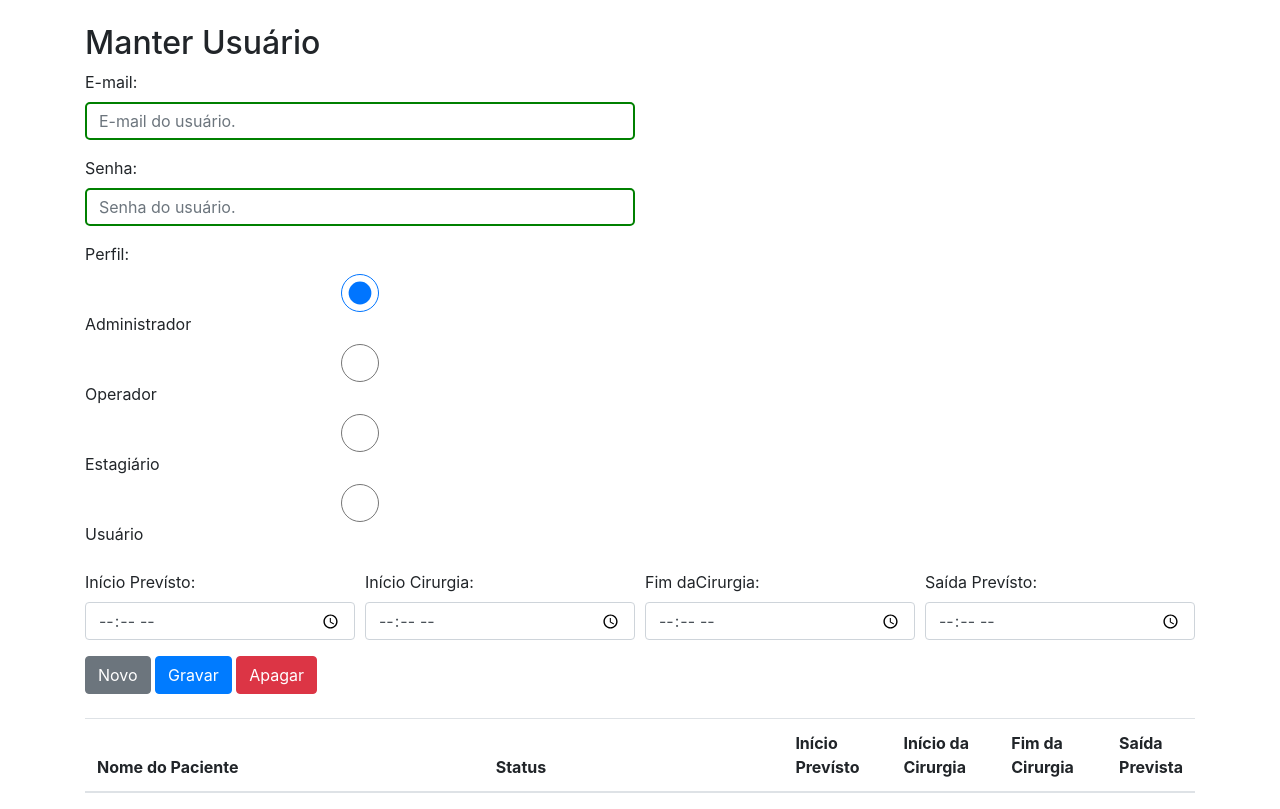
Repository: eduardo-r-jesus/Projeto_Centro_Cirurgico
Page: http://localhost/centro_cirurgico_web/formManterUsuario.jsp
An editor plug-in stored every save of this project. The page is shown before and after the next save, followed by the edit.
The browser window is 1280 px wide. The pictures show the whole page.
The page is served by Tomcat 9.

Above is the page before, as saved 2021-09-07 00:38:32.

After the next save:
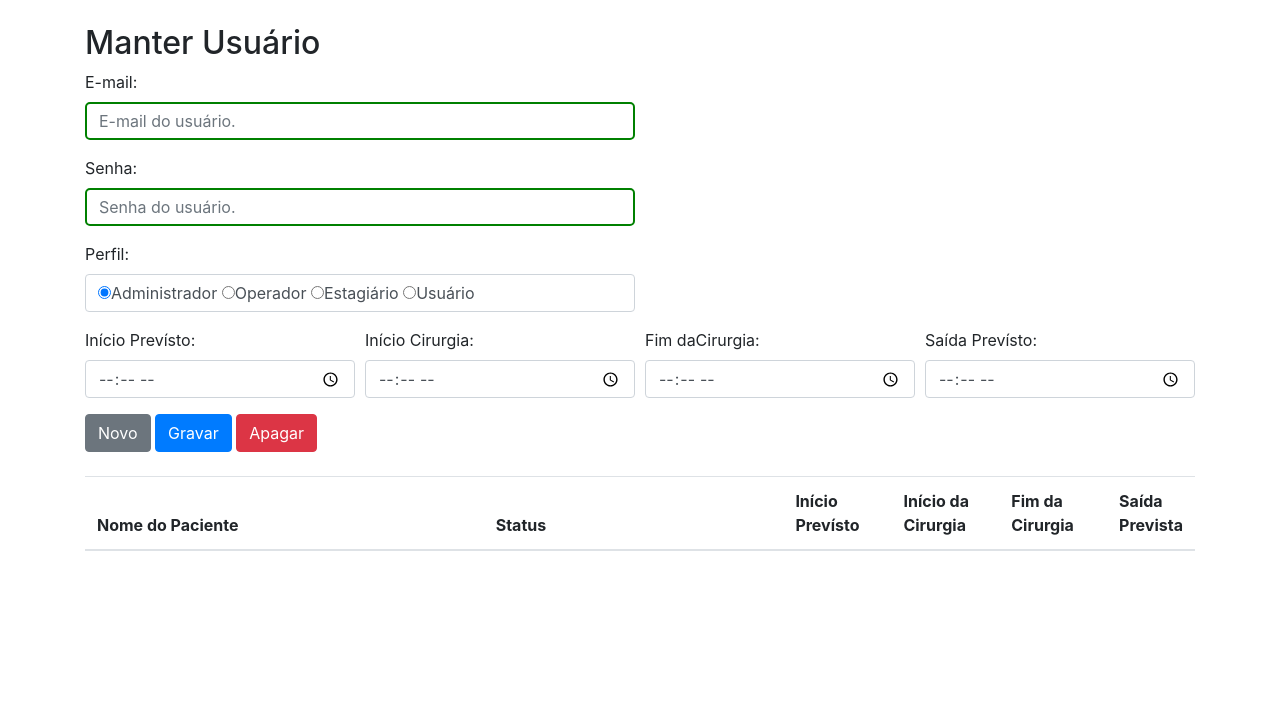
Saved 22 s later.
--- a/centro_cirurgico_web/src/main/webapp/formManterUsuario.jsp
+++ b/centro_cirurgico_web/src/main/webapp/formManterUsuario.jsp
@@ -34,11 +34,11 @@
 			<div class="form-row">
 				<div class="form-group col-md-6">
 					<label for="Perfil">Perfil:</label>
-                <div>
-                    <input type="radio" class="form-control" id="administrador" name="perfil" value="administrador" checked="checked"><label for="adm">Administrador</label>
-                    <input type="radio" class="form-control" id="operador" name="perfil" value="operador"><label for="ope">Operador</label>
-                    <input type="radio" class="form-control" id="estagiario" name="perfil" value="estagiario"><label for="est">Estagiário</label>
-                    <input type="radio" class="form-control" id="usuario" name="perfil" value="usuario"><label for="usuario">Usuário</label>
+                <div class="form-control">
+                    <input type="radio" id="administrador" name="perfil" value="administrador" checked="checked"><label for="adm">Administrador</label>
+                    <input type="radio" id="operador" name="perfil" value="operador"><label for="ope">Operador</label>
+                    <input type="radio" id="estagiario" name="perfil" value="estagiario"><label for="est">Estagiário</label>
+                    <input type="radio" id="usuario" name="perfil" value="usuario"><label for="usuario">Usuário</label>
                 </div>
 				</div>
 			</div>
